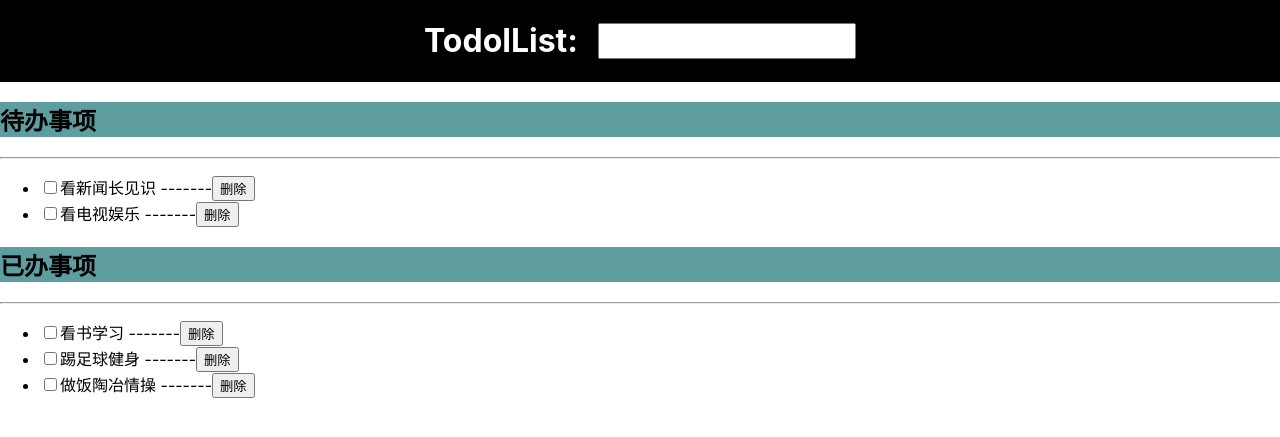
Repository: zhenzhen-gong/react-learning
Page: /user/set
These files come from the project's save history. The page is drawn as it stood at one moment and after the next save; the edit follows.
The browser window is 1280 px wide. The pictures show the whole page.
The project was rebuilt for these pictures with package versions that can differ from the ones it lists, and the page was loaded fresh each time.

Above is the page before, as saved 2021-04-16 21:37:56.

After the next save:
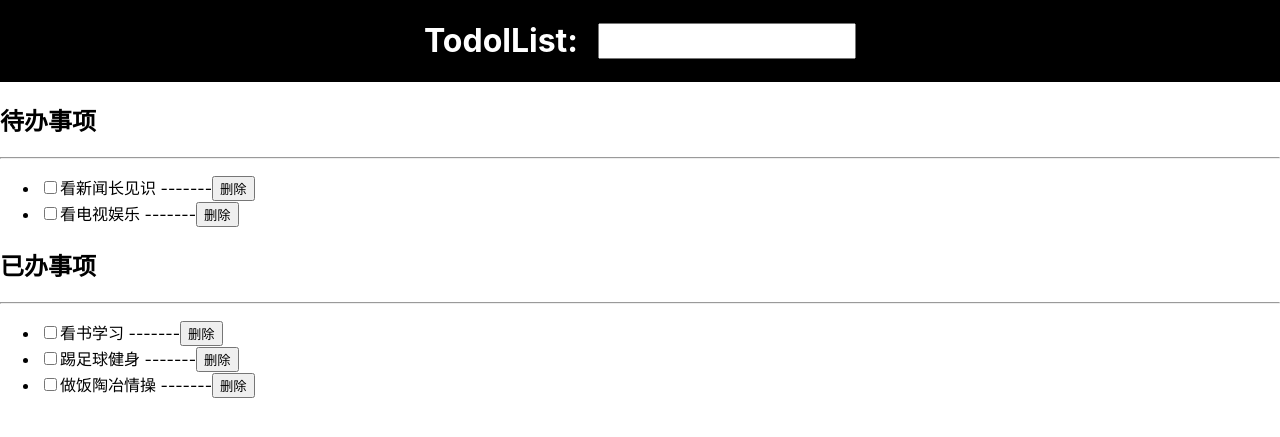
Saved 39 min 17 s later.
--- a/src/component/todolList/todolList.js
+++ b/src/component/todolList/todolList.js
@@ -1,7 +1,7 @@
 import React, {Component} from 'react'
 
 import './todolList.css'
-import './todolList.less'
+
 
 class TodolList extends Component {
     constructor(props) {

After the save that followed:
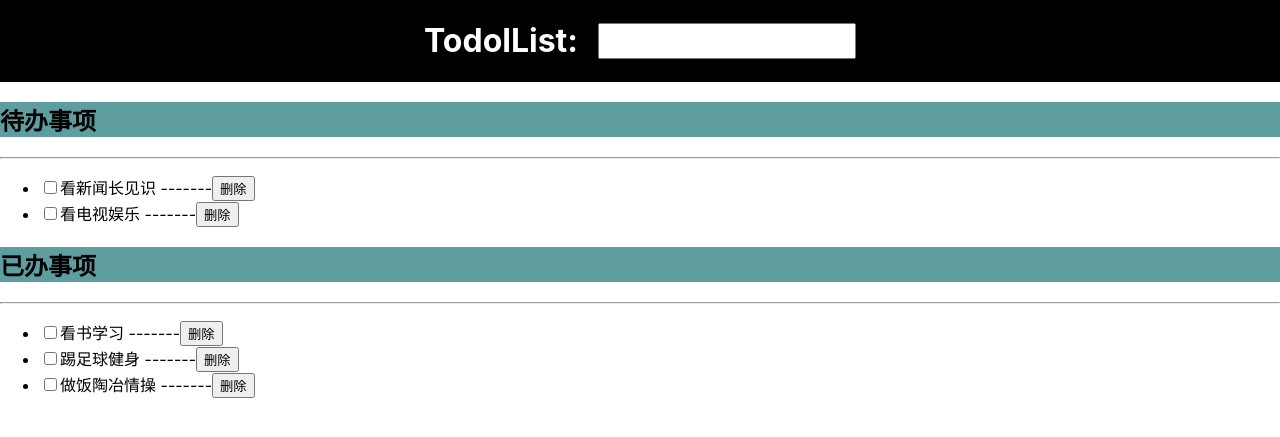
Saved 46 s later.
--- a/src/component/todolList/todolList.css
+++ b/src/component/todolList/todolList.css
@@ -1,3 +1,5 @@
+@import './todolList.less';
+
 .title {
     background-color: black;
     display: flex;
